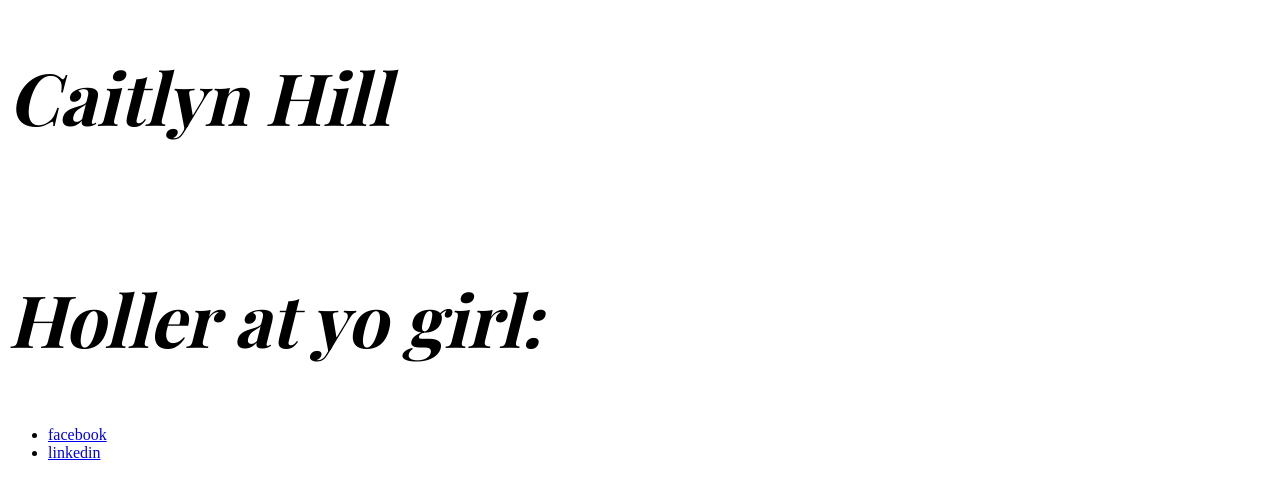
Repository: hillgang/hillgang.github.io
Page: index.html
An editor plug-in stored every save of this project. The page is shown before and after the next save, followed by the edit.
The browser window is 1280 px wide. The pictures show the whole page.
Some web fonts or font styles are not loaded; a fallback is used.

Above is the page before, as saved 2019-07-31 23:23:00.

After the next save:
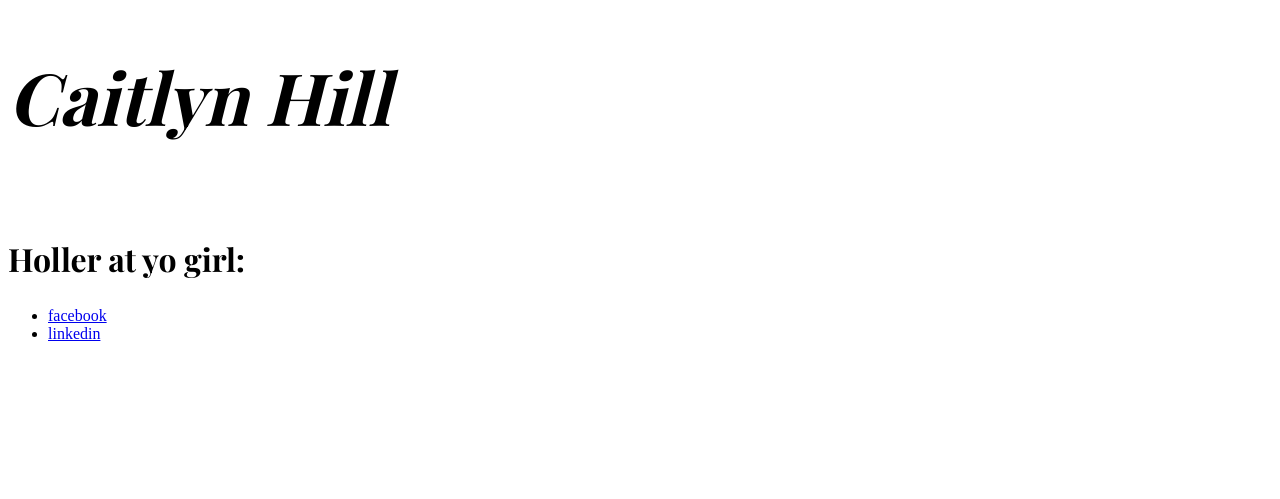
Saved 31 s later.
--- a/index.html
+++ b/index.html
@@ -7,11 +7,17 @@
     <title>Caitlyn Hill Website</title>
     <link href="https://fonts.googleapis.com/css?family=Alice|Playfair+Display:400,400i,700,700i&display=swap" rel="stylesheet">
     <style>
-        h1, h2 {
+        h1, h2{
             font-family: 'Playfair Display', serif;
             font-weight: 700;
+
+        }
+        h1 {
+            font-size: 72px;
             font-style: italic;
-            font-size: 72px;
+        }
+        h2  {
+            font-size: 32px;
         }
         p, a, li {
             font-family: 'Alice', serif;
